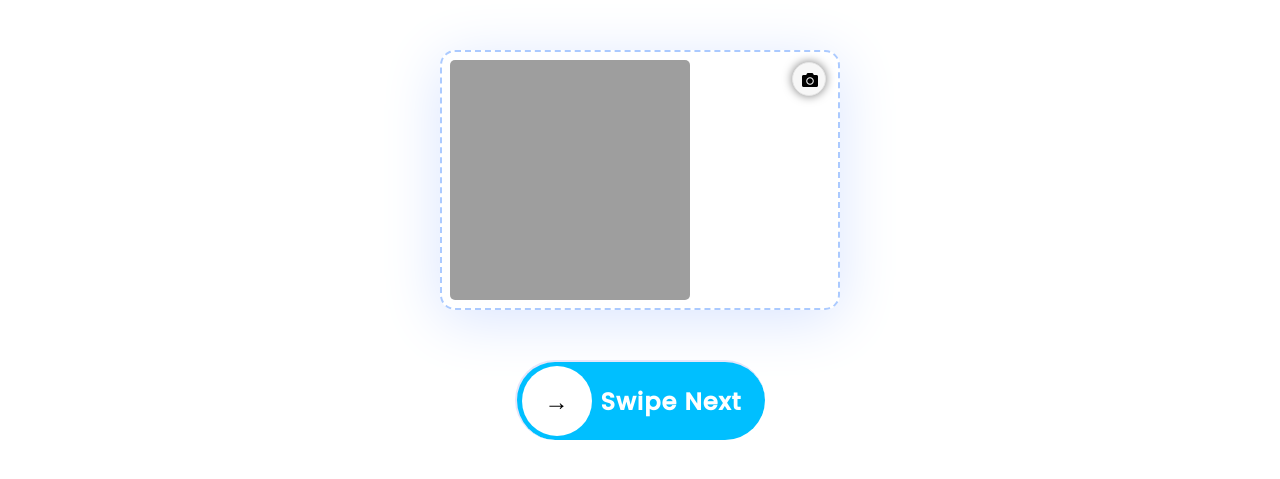
Repository: ThuongDuy/Phan_loai_anh
Page: hcsdlpt/index.html
These files come from the project's save history. The page is drawn as it stood at one moment and after the next save; the edit follows.
The browser window is 1280 px wide. The pictures show the whole page.
Pictures or frames that could not be fetched are drawn as grey boxes.

Above is the page before, as saved 2023-06-02 00:34:17.

### hcsdlpt/index.html
<!DOCTYPE html>
<html lang="en">

<head>
    <meta charset="UTF-8">
    <meta http-equiv="X-UA-Compatible" content="IE=edge">
    <meta name="viewport" content="width=device-width, initial-scale=1.0">
    <title>Document</title>
    <link rel="stylesheet" href="https://fonts.googleapis.com/css2?family=Poppins:wght@300;400;500&amp;display=swap">
    <link rel="stylesheet" href="https://unpkg.com/boxicons@2.0.7/css/boxicons.min.css">
    <link rel="stylesheet" href="./main.css">
</head>

<body>
    <div class="avatar-upload">
        <div class="avatar-edit">
            <input type="file" id="imageUpload" accept=".png, .jpg, .jpeg" class="txt-file">
            <label for="imageUpload" class="label-upload">
                <i id="camera" class="fas fa-camera"></i>
            </label>
        </div>

        <div class="avatar-preview">
            <div id="imagePreview" style="background-image: url('upload.png');"></div>
        </div>
    </div>

    <button class="btn">Swipe Next<span>&#8594;</span></button>

    <link rel="stylesheet" href="https://cdnjs.cloudflare.com/ajax/libs/font-awesome/5.15.2/css/all.min.css"
        integrity="sha512-HK5fgLBL+xu6dm/Ii3z4xhlSUyZgTT9tuc/hSrtw6uzJOvgRr2a9jyxxT1ely+B+xFAmJKVSTbpM/CuL7qxO8w=="
        crossorigin="anonymous" />

    <script src="https://cdnjs.cloudflare.com/ajax/libs/jquery/3.7.0/jquery.min.js"
        integrity="sha512-3gJwYpMe3QewGELv8k/BX9vcqhryRdzRMxVfq6ngyWXwo03GFEzjsUm8Q7RZcHPHksttq7/GFoxjCVUjkjvPdw=="
        crossorigin="anonymous" referrerpolicy="no-referrer"></script>
    <script src="./scripts.js"></script>
</body>

</html>

### hcsdlpt/main.css
.avatar-upload {
    /* position: relative;
    max-width: 400px;
    margin: 50px auto; */
    position: relative;
    max-width: 400px;
    border-radius: 15px;
    border: 2px dashed rgb(171, 202, 255);
    margin: 50px auto;
    box-shadow: 0 10px 60px rgb(218, 229, 255);
}

.avatar-edit {
    position: absolute;
    right: 12px;
    top: 10px;
    z-index: 1;
}

#camera {
    position: absolute;
    top: 10px;
    left: 10px;
}

.txt-file {
    display: none;
}

.label-upload {
    display: inline-block;
    width: 34px;
    height: 34px;
    background: #f7f7f7;
    margin-bottom: 0;
    border-radius: 100%;
    border: 1px solid #e5e5e5;
    box-shadow: 0 0 10px rgba(0, 0, 0, 0.5);
    cursor: pointer;
    transition: .3s ease;
}

.label-upload:hover {
    background: #e5e5e5;
}

.avatar-preview {
    width: 256px;
    height: 256px;
    position: relative;
    border-radius: 5px;
    padding: 8px;
    /* border: 1px solid #e5e5e5; */
}

.avatar-preview>div {
    width: 100%;
    height: 100%;
    border-radius: 5px;
    background-size: cover;
    background-repeat: no-repeat;
    background-position: center;
}

* {
    margin: 0;
    padding: 0;
    box-sizing: border-box;
    font-family: Poppins;
}

button {
    border: none;
    outline: none;
}

.btn {
    position: relative;
    width: 250px;
    height: 80px;
    display: grid;
    place-items: center;
    background: #00bfff;
    color: #fff;
    border-radius: 80px;
    font-size: 1.5rem;
    font-weight: 700;
    letter-spacing: 1px;
    text-decoration: none;
    border-top: 2px solid #e6e6fa;
    border-left: 2px solid #e6e6fa;
    padding-left: 60px;
    overflow: hidden;
    transition: 0.5s ease-in-out;
    margin: auto;
}

.btn:hover {
    padding-left: 0;
    padding-right: 60px;
    color: #fff;
}

.btn span {
    position: absolute;
    display: grid;
    place-items: center;
    left: 5px;
    width: 70px;
    height: 70px;
    background: #fff;
    color: #000;
    border-radius: 50%;
    font-size: 1.5rem;
    font-weight: 900;
    transition: 0.5s cubic-bezier(0.4, 0, 1, 1);
}

.btn:hover span {
    left: calc(100% - 76px);
}

.btn::after {
    position: absolute;
    content: "";
    width: 80px;
    height: 100%;
    z-index: 1;
    background: rgba(255, 255, 255, 0.5);
    transform: translateX(-175px) skew(25deg);
    transition: 0.75s ease-in-out;
}

.btn:hover::after {
    transform: translateX(175px) skew(25deg);
}

### hcsdlpt/scripts.js
function readURL(input) {
    if (input.files && input.files[0]) {
        var reader = new FileReader();
        reader.onload = function (e) {
            $('#imagePreview').css('background-image', 'url(' + e.target.result + ')');
            $('#imagePreview').hide();
            $('#imagePreview').fadeIn(650);
        }
        reader.readAsDataURL(input.files[0]);
    }
}
$("#imageUpload").change(function () {
    readURL(this);
});

After the next save:
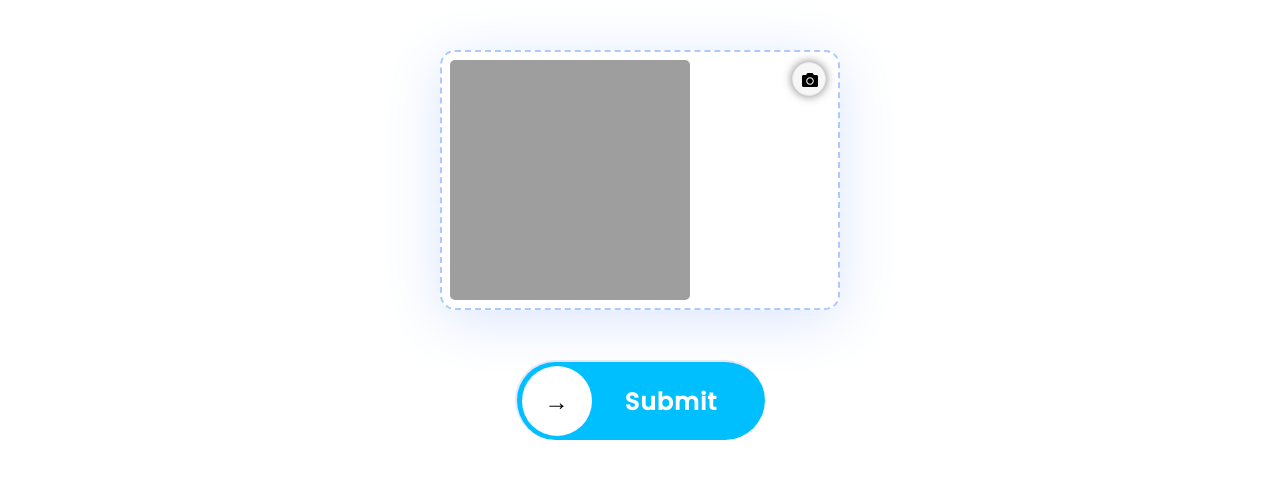
Saved 24 s later.
--- a/hcsdlpt/index.html
+++ b/hcsdlpt/index.html
@@ -25,7 +25,7 @@
         </div>
     </div>
 
-    <button class="btn">Swipe Next<span>&#8594;</span></button>
+    <button class="btn">Submit<span>&#8594;</span></button>
 
     <link rel="stylesheet" href="https://cdnjs.cloudflare.com/ajax/libs/font-awesome/5.15.2/css/all.min.css"
         integrity="sha512-HK5fgLBL+xu6dm/Ii3z4xhlSUyZgTT9tuc/hSrtw6uzJOvgRr2a9jyxxT1ely+B+xFAmJKVSTbpM/CuL7qxO8w=="
